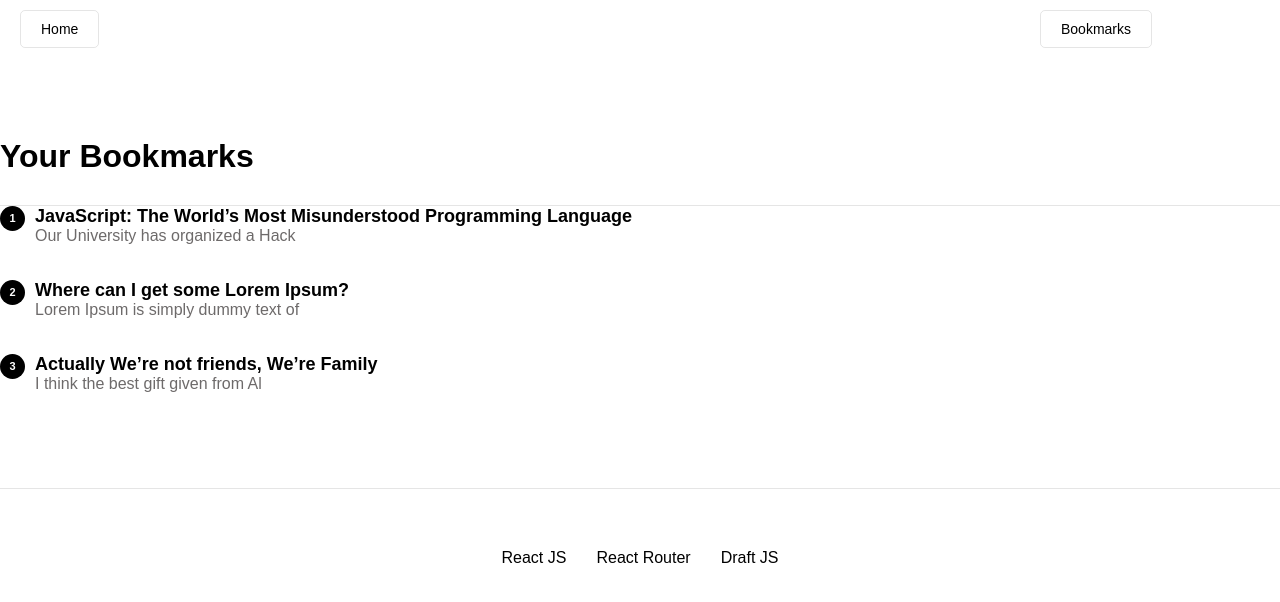
Repository: DevLaukey/task
Page: /react-mini-blog/bookmark
An editor plug-in stored every save of this project. The page is shown before and after the next save, followed by the edit.
The browser window is 1280 px wide. The pictures show the whole page.
The project was rebuilt for these pictures with package versions that can differ from the ones it lists, and the page was loaded fresh each time. Also part of the build but not shown: src/data.js, src/Components/content/content.css, src/Components/content/Post.js, src/Components/content/Posts.js, src/Components/content/Content.js, src/Components/RichText/StyleButton.js, src/Components/RichText/BlockStyleControls.js, src/Components/RichText/InlineStyleControls.js and 4 more.

Above is the page before, as saved 2022-06-13 13:33:01.

After the next save:
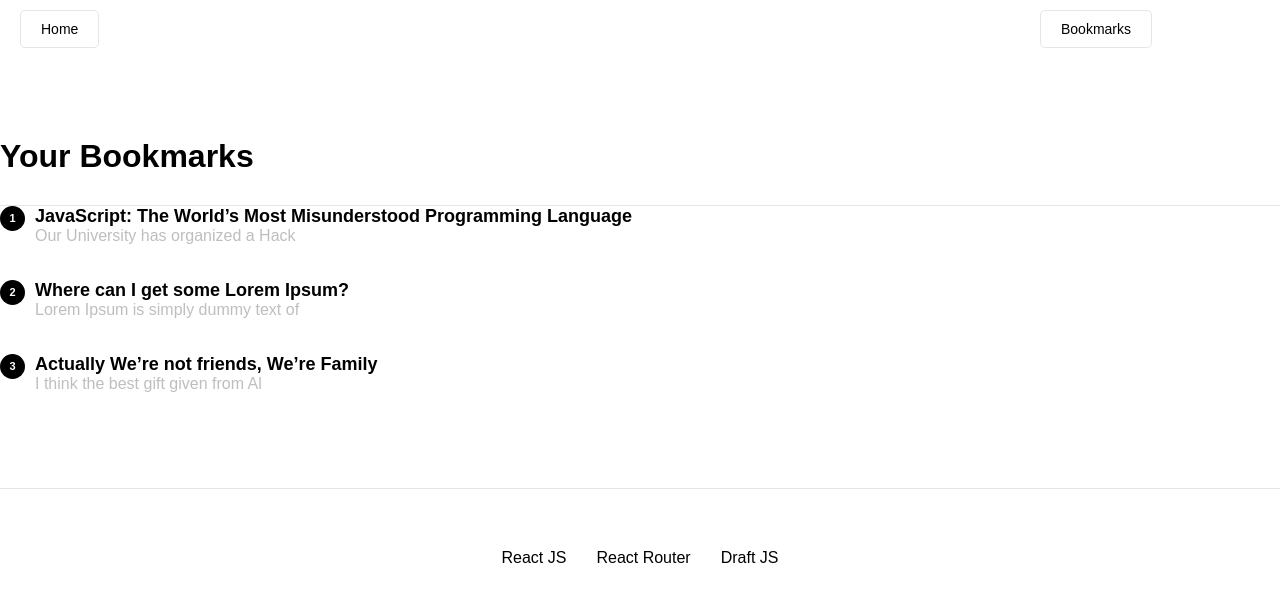
Saved 7 s later.
--- a/src/App.css
+++ b/src/App.css
@@ -49,7 +49,7 @@ a.btn {
 
 .bookmark p {
   font-size: 16px;
-  color: rgba(73, 69, 69, 0.8);
+  color: rgba(175, 174, 174, 0.8);
   margin: 0;
 }
 
